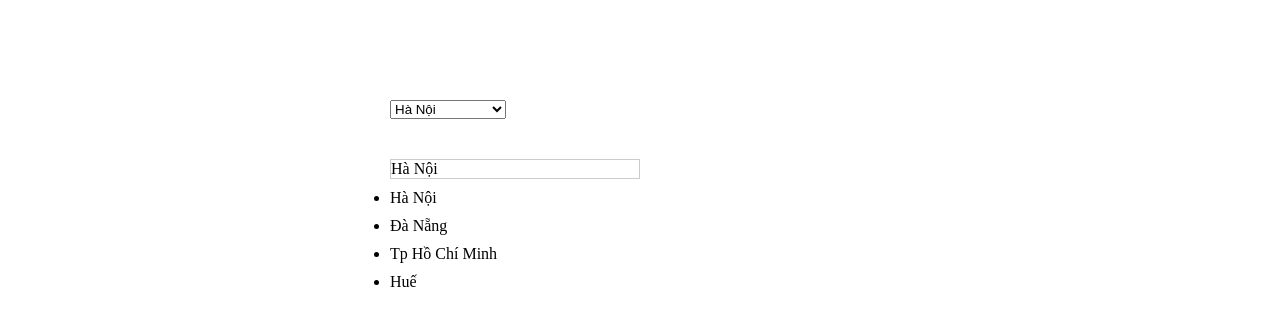
Repository: khanhbinh87/learnJs
Page: customSelect/index.html
These files come from the project's save history. The page is drawn as it stood at one moment and after the next save; the edit follows.
The browser window is 1280 px wide. The pictures show the whole page.

Above is the page before, as saved 2021-06-16 14:09:52.

### customSelect/index.html
<!DOCTYPE html>
<html lang="en">
<head>
    <meta charset="UTF-8">
    <meta name="viewport" content="width=device-width, initial-scale=1.0">
    <title>Document</title>
    <link rel="stylesheet" href="style.css">
</head>
<body>
        <form action="">
            <select name="" id="" class="custom-select">
                <option value="hanoi">Hà Nội</option>
                <option value="danang" >Đà Nẵng</option>
                <option value="tphcm">Tp Hồ Chí Minh</option>
                <option value="hue" >Huế</option>
            </select>
            <!-- <div class="wrapper-selected">
                <div class="selected" my-value="">Text tam thoi</div>
                <ul class="list-options">
                    <li my-value="hanoi">Hà Nội</li>
                    <li my-value="danang">Đà Nẵng</li>
                    <li my-value="tphcm">Tp Hồ Chí Minh</li>
                    <li my-value="hue">Huế</li>
                </ul>
            </div> -->
        </form>
        <script src="main.js"></script>
</body>
</html>

### customSelect/style.css
*{
    margin: 0;
    padding: 0;
    box-sizing: border-box;
}
form{
    margin:50px auto;
    width: 500px;
}
body{
    padding: 50px;
}
.custom-select {
    margin-bottom: 40px;

}
.selected{
    margin-bottom: 10px;
}
ul li + li{
    margin-top: 10px;
}
.wrapper-selected{
    width: 250px;
}
.wrapper-selected > .selected{
    border:1px solid #ccc;
}

### customSelect/main.js
//tao div
//tao class
//tao div rong
//tao my-value
//tao text

var select = document.querySelector('.custom-select');
if(select){
    var listOptions = Array.from(select.querySelectorAll('option'))

    //tao div bao
    var divWrapper  = document.createElement('div');
        divWrapper.classList.add('wrapper-selected');

    //tao div select
    var divSelected = document.createElement('div');
        divSelected.classList.add('selected');


        if(listOptions.length > 0){
            divSelected.setAttribute('my-value',listOptions[0].getAttribute('value'))
            divSelected.innerText = listOptions[0].innerText

        }

    //tao ul li
    var ulElement = document.createElement('ul');
        ulElement.classList.add('list-options')

    //duyet tung listOptions
    listOptions.forEach(function(optionEl,index){
        var valueOption = optionEl.getAttribute('value');
        var textOption  = optionEl.innerText;

        //check co selected hay ko de tjay doi
        if(optionEl.getAttribute('selected') !== null){
            divSelected.setAttribute('my-value',valueOption)
            divSelected.innerText = textOption;
        }

        var liElement = document.createElement('li');
            liElement.setAttribute('my-value',valueOption);
            liElement.innerText = textOption;

            liElement.addEventListener('click',function(e){

                divSelected.setAttribute('my-value',this.getAttribute('my-value'));
                divSelected.innerText = this.innerText;


                var selectString = `option[value=${this.getAttribute('my-value')}]`


                if(select.querySelector('option[selected]')){
                    select.querySelector('option[selected]').removeAttribute('selected')
                }

                select.querySelector(selectString).setAttribute('selected',true);

                //listOptions[index].setAttribute('selected',true)
                // selectString.setAttribute('selected',true)

            })
            ulElement.append(liElement)

    })

    //appending
    divWrapper.append(divSelected);
    divWrapper.append(ulElement);
    document.body.appendChild(divWrapper);


    //chen div wrapper vao truoc hoac sau
    select.parentNode.insertBefore(divWrapper,select.nextSibling);

}

After the next save:
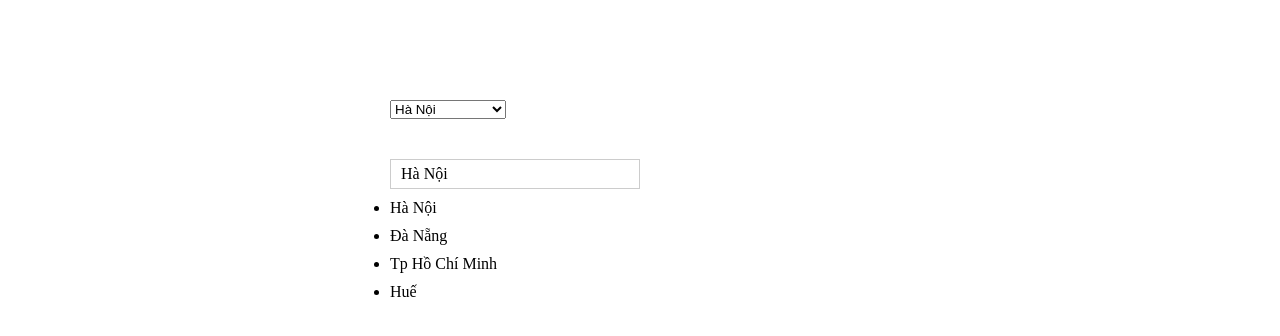
Saved 52 s later.
--- a/customSelect/style.css
+++ b/customSelect/style.css
@@ -25,4 +25,5 @@ ul li + li{
 }
 .wrapper-selected > .selected{
     border:1px solid #ccc;
+    padding: 5px 10px;
 }
